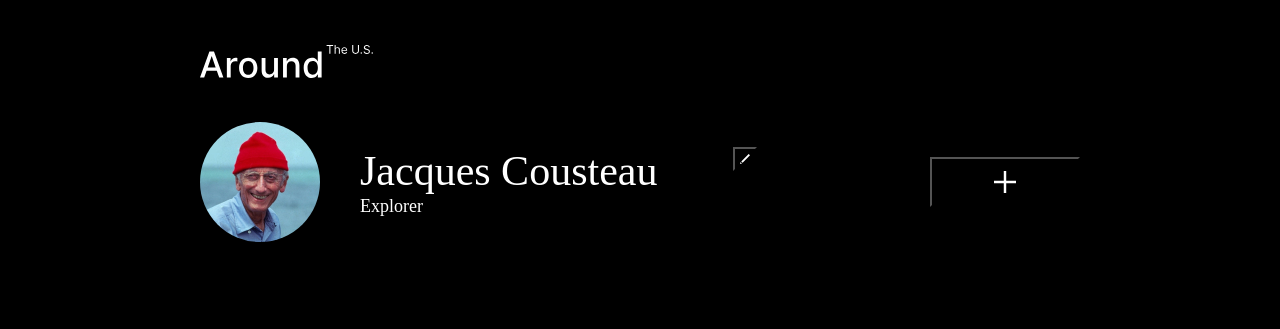
Repository: al-XLeMEsTRE/Around-The-U.S
Page: index.html
These files come from the project's save history. The page is drawn as it stood at one moment and after the next save; the edit follows.
The browser window is 1280 px wide. The pictures show the whole page.

Above is the page before, as saved 2023-12-12 15:47:44.

### index.html
<!DOCTYPE html>
<html lang="en">
  <head>
    <meta charset="UTF-8" />
    <meta name="viewport" content="width=device-width, initial-scale=1" />
    <meta name="author" content="Gregory Alexandre" />
    <meta
      name="description"
      content="Discover breathtaking landscapes across the U.S. with our travel guide inspired by the legendary explorer Jacques Cousteau. Explore Yosemite Valley, Lake Louise, and the Bald Mountains."
    />
    <meta
      name="keywords"
      content="Jacques Cousteau, explorer, exploration, travel, adventure, nature, landscapes, Yosemite Valley, Lake Louise, Bald Mountains, scenic views, national parks, outdoor photography, travel inspiration"
    />
    <title>Around the U.S</title>
    <link rel="shortcut icon" href="./favicon.ico" />
    <link rel="stylesheet" type="text/css" href="./pages/index.css" />
    <!-- Additional tags such as Open Graph and Twitter cards can be added here for social media optimization -->
    <!-- Open Graph meta tags -->
    <meta
      property="og:title"
      content="Explore with Jacques Cousteau | U.S. Landscapes"
    />
    <meta
      property="og:description"
      content="Join the journey through the most picturesque landscapes of the U.S., following in the footsteps of Jacques Cousteau."
    />
    <meta property="og:image" content="./images/og-image.jpg" />
    <meta property="og:type" content="website" />
  </head>

  <body class="page">
    <div class="content">
      <header class="header">
        <img
          src="./images/jacques-cousteau.svg"
          alt="logo"
          class="header__logo"
        />
      </header>
      <main class="main">
        <section class="profile">
          <img
            class="profile__avatar"
            src="./images/jacques-cousteau.jpg"
            alt="avatar"
          />
          <div class="profile__info">
            <h1 class="profile__title">Jacques Cousteau</h1>
            <button class="profile__edit-button" type="button"></button>
            <p class="profile__description">Explorer</p>
          </div>
          <button class="profile__add-button"></button>
        </section>
      </main>
    </div>
  </body>
</html>

### pages/index.css
@import url("../vendor/normalize.css");
@import url("../vendor/fonts.css");
@import url("../blocks/page.css");
@import url("../blocks/header.css");
@import url("../blocks/content.css");
@import url("../blocks/profile.css");
@import url("../blocks/footer.css");
@import url("../blocks/card.css");
@import url("../blocks/cards.css");

### vendor/fonts.css
@font-face {
  font-family: "Inter";
  font-style: normal;
  font-weight: 400;
  font-display: swap;
  src: url("./fonts/Inter-Regular.woff2") format("woff2");
}

@font-face {
  font-family: "Inter";
  font-style: normal;
  font-weight: 500;
  font-display: swap;
  src: url("./fonts/Inter-Medium.woff2") format("woff2");
}

@font-face {
  font-family: "Inter";
  font-style: normal;
  font-weight: 800;
  font-display: swap;
  src: url("./fonts/Inter-ExtraBold.woff2") format("woff2");
}

### blocks/page.css
.page {
  background-color: black;
  color: white;
}

.content {
  margin-left: 200px;
  margin-right: 200px;
}
.header {
  margin-top: 45px;
  width: 880px;
}
.profile {
  display: flex;
  align-items: center;
  padding-top: 40px;
}
.profile__avatar {
  width: 120px;
  height: 120px;
  border-radius: 50%;
  margin-right: 40px;
  object-fit: cover;
  background-position: center;
}
.profile__info {
  display: grid;
  grid-template-areas:
    "title button"
    "description description";
  grid-template-columns: minmax(auto, 373px) auto;
}
.profile__edit-button {
  background: transparent url(../images/edit-button.svg) center no-repeat;
  height: 24px;
  width: 24px;
}

.profile__add-button {
  background: transparent url(../images/add-button.svg) center no-repeat;
  width: 150px;
  height: 50px;
  grid-area: button;
  margin-left: auto;
}
.profile__title {
  font-size: 42px;
  line-height: 48px;
  font-weight: 500;
  grid-area: title;
  margin: 0;
}

.profile__description {
  font-size: 18px;
  line-height: 22px;
  grid-area: description;
  font-weight: 400;
  margin: 0;
}

Loaded but not shown: vendor/normalize.css (library); blocks/header.css (no stored copy; drawn as an empty file); blocks/content.css (no stored copy; drawn as an empty file); blocks/profile.css (no stored copy; drawn as an empty file); blocks/footer.css (no stored copy; drawn as an empty file); blocks/card.css (no stored copy; drawn as an empty file); blocks/cards.css (no stored copy; drawn as an empty file)

After the next save:
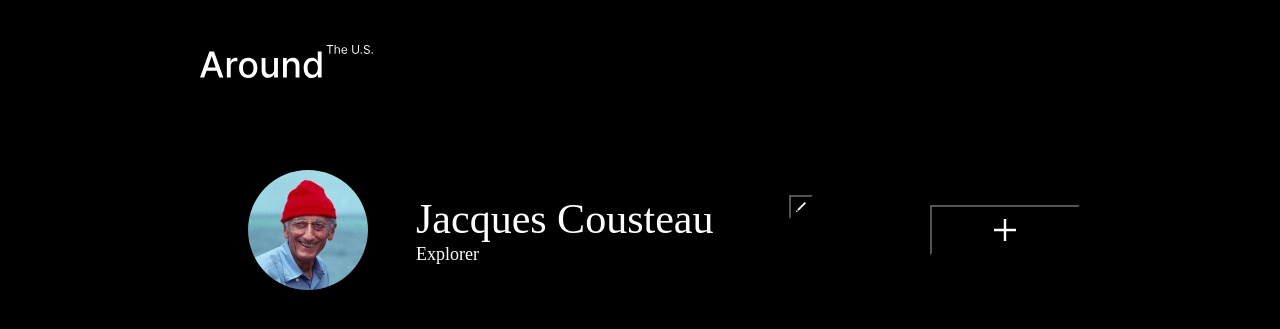
Saved 63 s later.
--- a/blocks/page.css
+++ b/blocks/page.css
@@ -20,7 +20,7 @@
   width: 120px;
   height: 120px;
   border-radius: 50%;
-  margin-right: 40px;
+  margin: 48px;
   object-fit: cover;
   background-position: center;
 }
